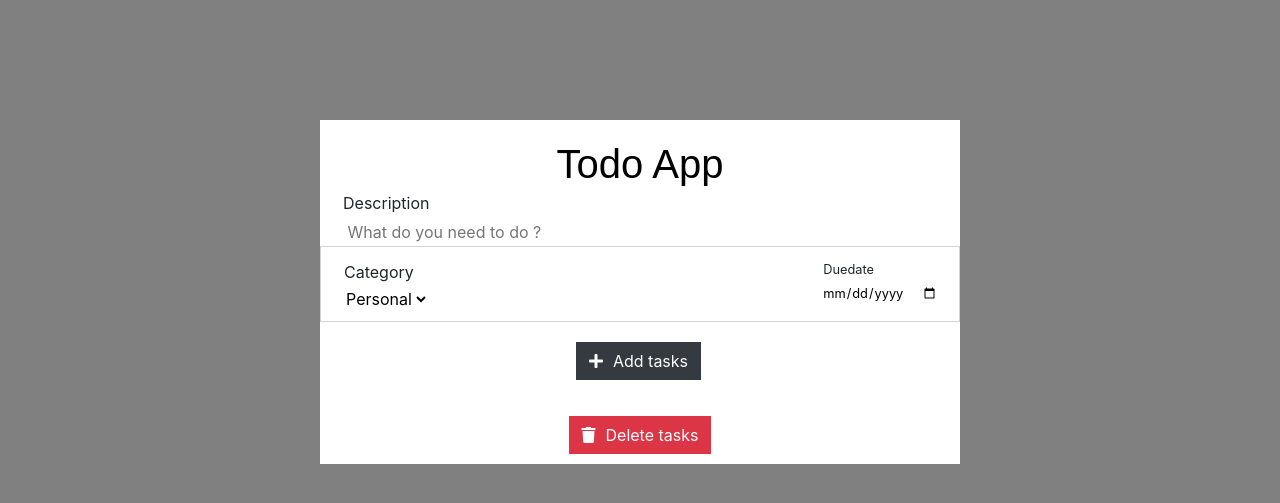
Repository: Sayan-100/Todo-List
Page: http://localhost/
An editor plug-in stored every save of this project. The page is shown before and after the next save, followed by the edit.
The browser window is 1280 px wide. The pictures show the whole page.
Some web libraries are served in a nearby version. The page is served by the project's Node server (index.js). Queries for data that is not in the repository find no rows.

Above is the page before, as saved 2021-12-29 19:35:32.
Not found: js/home.js

After the next save:
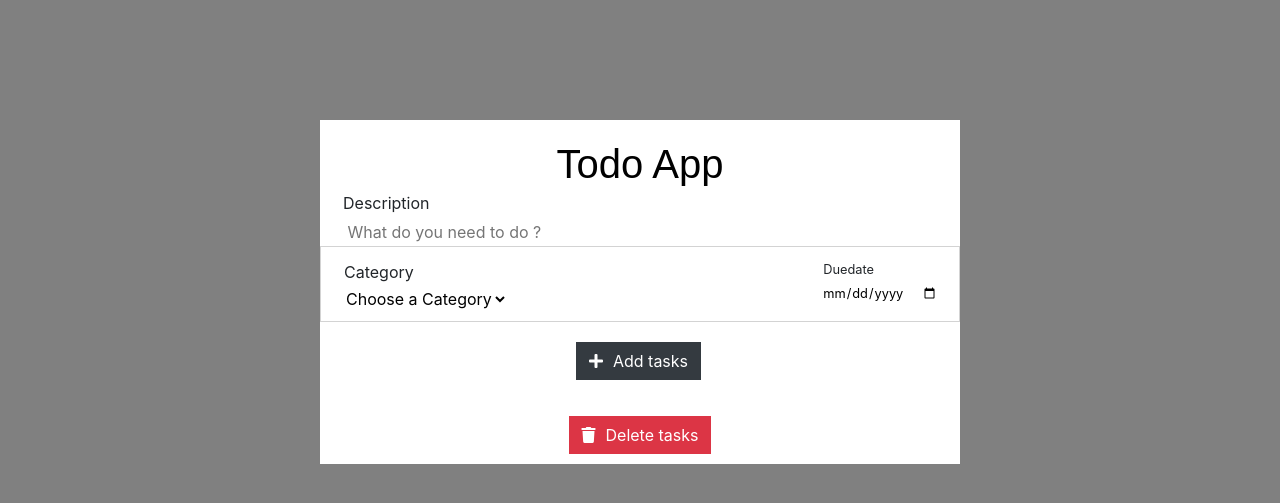
Saved 8 min 5 s later.
--- a/views/home.ejs
+++ b/views/home.ejs
@@ -29,6 +29,7 @@
                 <div class="cat">
                     <p>Category</p>
                     <select name="Category" required>
+                    <option name="Choose" selected>Choose a Category</option>
                     <option>Personal</option>
                     <option>Work</option>
                     <option>Cleaning</option>
